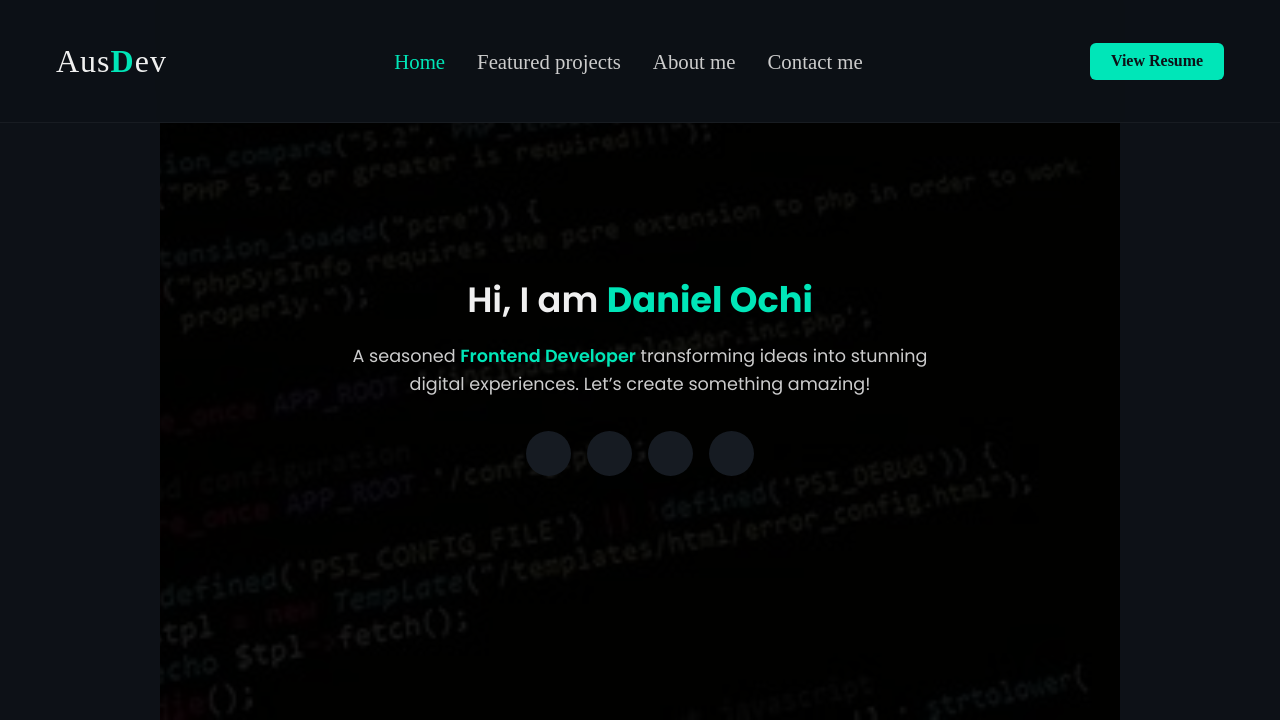
Repository: Austinokezie/Myportfolio
Page: index.html
The author's editor kept a copy of each file at every save. The page is drawn from the files as they stood at one save, then again after the next save.
The browser window is 1280 px wide. The pictures show the whole page.
Some web fonts or font styles are not loaded; a fallback is used.

Above is the page before, as saved 2025-10-14 13:32:11.

After the next save:
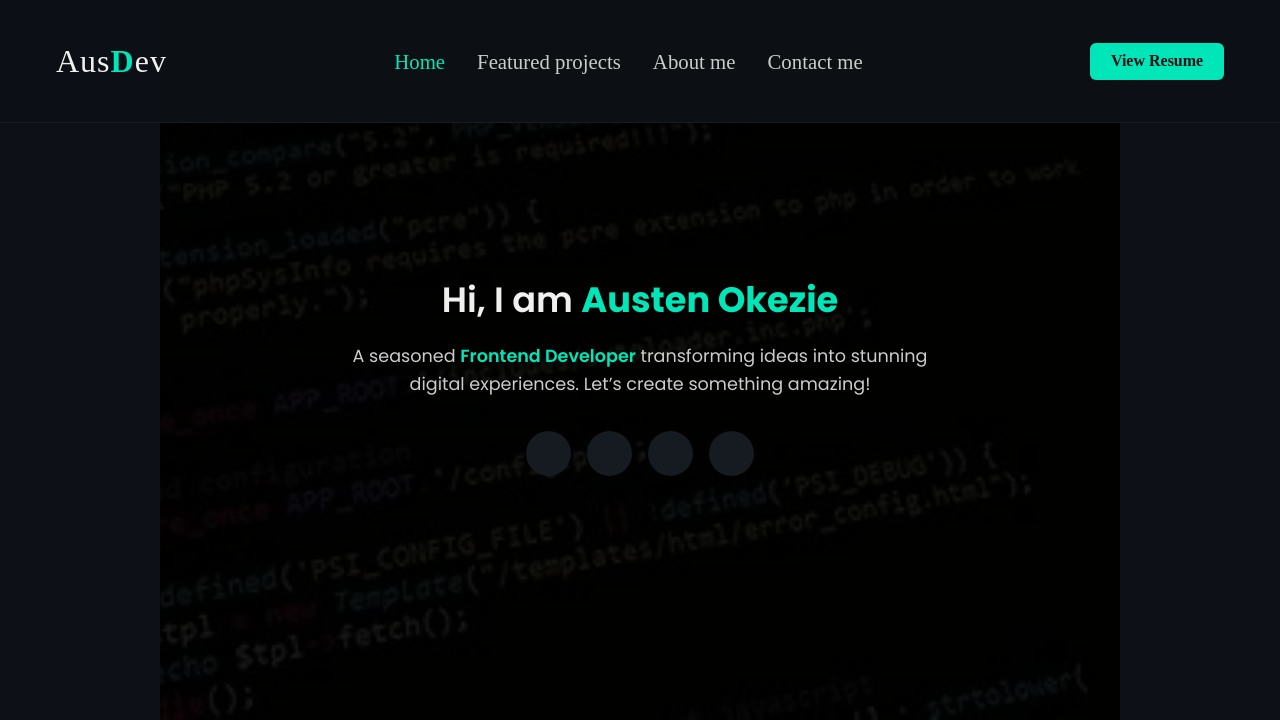
Saved 8 min 38 s later.
--- a/index.html
+++ b/index.html
@@ -28,7 +28,7 @@
    <section class="intro">
       <div class="overlay"></div>
       <div class="intro-content">
-         <h1>Hi, I am <span>Daniel Ochi</span></h1>
+         <h1>Hi, I am <span>Austen Okezie</span></h1>
            <p>
               A seasoned <span class="highlight">Frontend Developer</span> transforming ideas into
               stunning digital experiences. Let’s create something amazing!
